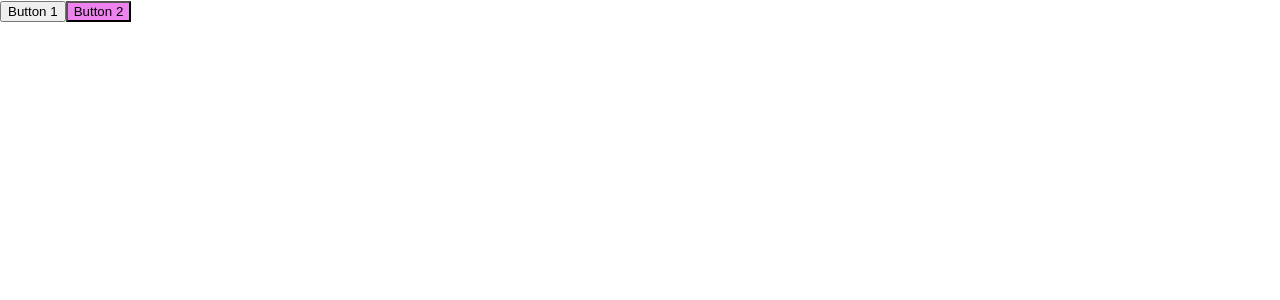
Repository: dnjfht/css-example
Page: /
These files come from the project's save history. The page is drawn as it stood at one moment and after the next save; the edit follows.
The browser window is 1280 px wide. The pictures show the whole page.
The project was rebuilt for these pictures with package versions that can differ from the ones it lists, and the page was loaded fresh each time.

Above is the page before, as saved 2023-05-11 16:23:44.

### src/App.js
import React from "react";
import Button1 from "./components/Button1";
import Button2 from "./components/Button2";

export default function App() {
  return (
    <div>
      <Button1 />
      <Button2 />
    </div>
  );
}

### src/components/Button1.js
import React from "react";

export default function Button1() {
  return <button>Button 1</button>;
}

// 기본적인 css 파일을 사용했을 때의 문제점 :
// 동일한 class 이름을 사용하면
// 가장 나중에 import된 css 파일에 정의된 selector가 이기게 됨.
// 아무리 다른 css 파일을 만든다고 해도, 서로 다른 파일에서 동일한 calss 이름을 사용하면
// 가장 나중에 import된 css 파일에 정의된 selector가 앞에껄 덮어씌우게 되어 있다.

### src/components/Button2.js
import React from "react";

export default function Button2() {
  return <button style={{ backgroundColor: "violet" }}>Button 2</button>;
}

Loaded but not shown: public/index.html (common file); src/index.js (common file); src/index.css (common file); src/reportWebVitals.js (common file)

After the next save:
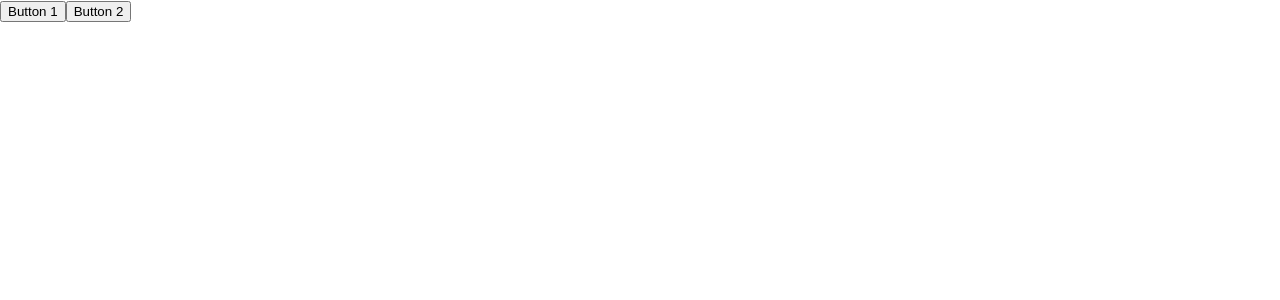
Saved 11 s later.
--- a/src/components/Button2.js
+++ b/src/components/Button2.js
@@ -1,5 +1,5 @@
 import React from "react";
 
 export default function Button2() {
-  return <button style={{ backgroundColor: "violet" }}>Button 2</button>;
+  return <button>Button 2</button>;
 }
